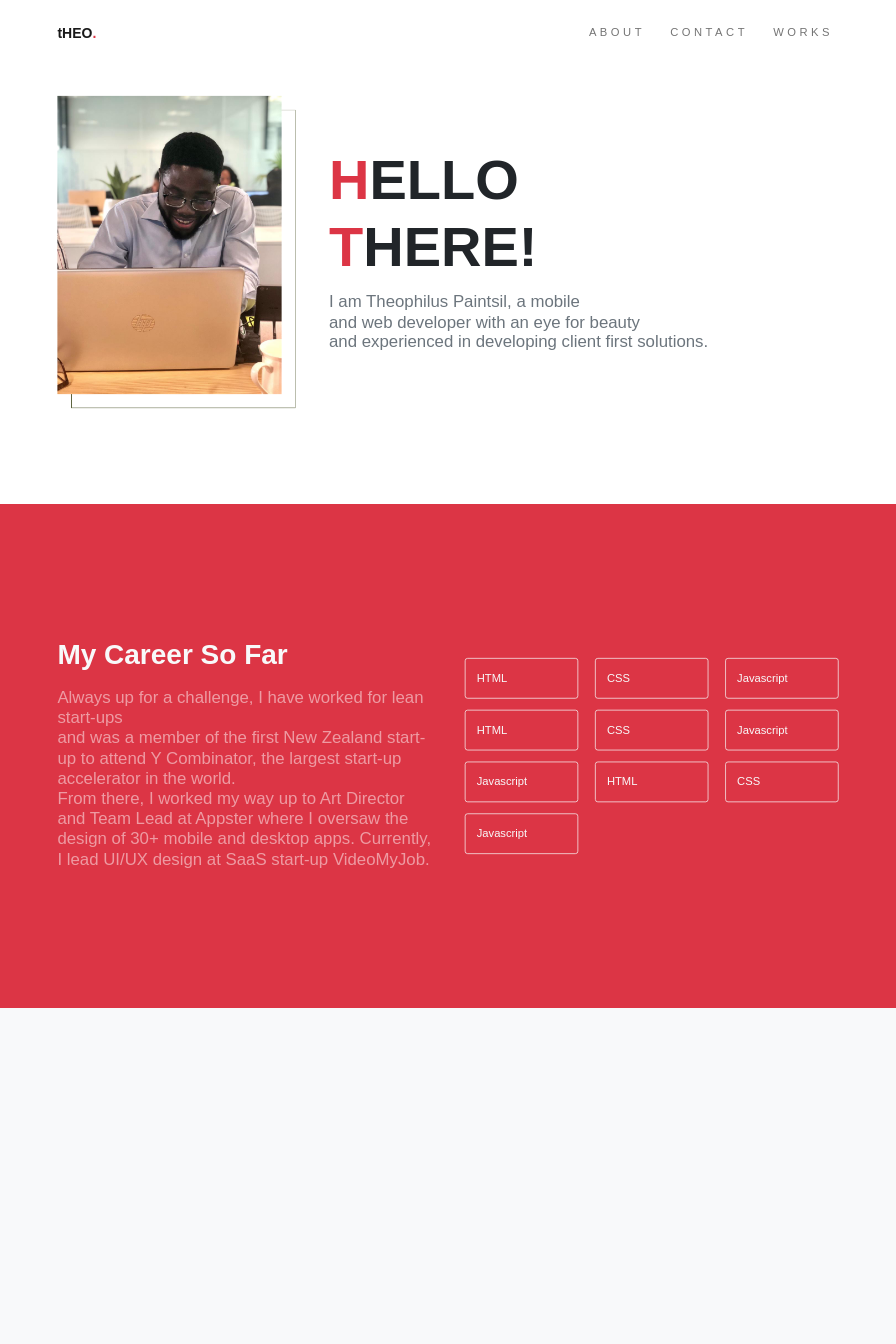
Repository: tHEO2k17/portfolio
Page: /
These files come from the project's save history. The page is drawn as it stood at one moment and after the next save; the edit follows.
The browser window is 1280 px wide. The pictures show the part of the page from y = 0 to 1920 px (the page is 3000 px tall), at 70% of full size.
The project was rebuilt for these pictures with package versions that can differ from the ones it lists, and the page was loaded fresh each time.

Above is the page before, as saved 2021-07-22 11:12:32.

### public/index.html
<!DOCTYPE html>
<html lang="en">
  <head>
    <meta charset="utf-8" />
    <link rel="icon" href="%PUBLIC_URL%/favicon.ico" />
    <meta name="viewport" content="width=device-width, initial-scale=1" />
    <meta name="theme-color" content="#000000" />
    <meta
      name="description"
      content="Web site created using create-react-app"
    />
    <link rel="apple-touch-icon" href="%PUBLIC_URL%/logo192.png" />
    <link rel="manifest" href="%PUBLIC_URL%/manifest.json" />
    <title>Theophilus Paintsil - Portfolio</title>
  </head>
  <body>
    <noscript>You need to enable JavaScript to run this app.</noscript>
    <div id="root"></div>
  </body>
</html>

### src/index.tsx
import React from 'react';
import ReactDOM from 'react-dom';
import './index.scss';
import App from './presentation/App';

ReactDOM.render(
  <React.StrictMode>
    <App />
  </React.StrictMode>,
  document.getElementById('root')
);

### src/index.scss
@import '~bootstrap/scss/bootstrap.scss';

body{
    font-family: Arial, Helvetica, sans-serif;
}
// Navbar
.navbar-light .navbar-nav{
    padding: 1.2rem 0rem;
}

.navbar-light .navbar-nav .nav-link {
   letter-spacing: 5px;
//    font-size: 14px;
}

.navbar-light .navbar-nav .nav-link:not(:last-child) {
    margin-right: 20px;
 }

### src/presentation/App.tsx
import React from 'react';
import { Switch, Route, BrowserRouter as Router, } from 'react-router-dom';
import HomePage from './pages/HomePage';

function App() {
  return (
    <Router>
      <Switch>
        <Route exact path="/" component={HomePage} />
      </Switch>
    </Router>
  );
}

export default App;

### src/presentation/pages/HomePage.tsx
import { Col, Container, Nav, Navbar, Row, Image, Card } from "react-bootstrap";

export default function HomePage() {

    return (
        <>
            <Navbar expand="lg" fixed="top" variant="light">
                <Container>
                    <Navbar.Brand href="#home">
                        <span className="fw-bold">tHEO<b className="text-danger">.</b></span>
                    </Navbar.Brand>
                    <Navbar.Toggle />
                    <Navbar.Collapse>
                        <Nav className="ms-auto">
                            <Nav.Link href="#home">ABOUT</Nav.Link>
                            <Nav.Link href="#home">CONTACT</Nav.Link>
                            <Nav.Link href="#link">WORKS</Nav.Link>
                        </Nav>
                    </Navbar.Collapse>
                </Container>
            </Navbar>

            <header className="min-vh-100">
                <Container>
                    <Row className="align-items-center min-vh-100 my-auto gx-5">
                        <Col md="4"> <Image src="assets/images/theo.png" fluid /> </Col>
                        <Col>
                            <h1 className="display-1 fw-bold">
                                <b className="text-danger">H</b>ELLO <br />
                                <b className="text-danger">T</b>HERE!
                            </h1>
                            <h4 className="fw-light text-muted mt-3">
                                I am Theophilus Paintsil, a mobile <br />
                                and web developer with an eye for beauty <br />
                                and experienced in developing client first solutions.
                            </h4>
                        </Col>
                    </Row>
                </Container>
            </header>

            <section className="bg-danger min-vh-100">
                {/* skills and tools */}
                <Container>
                    <Row className="align-items-center min-vh-100 my-auto gx-5 text-light">
                        <Col>
                            <h1 className="fw-bold">My Career So Far</h1>
                            <h4 className="text-white-50 mt-4">
                                Always up for a challenge, I have worked for lean start-ups<br />
                                and was a member of the first New Zealand start-up to attend Y Combinator,
                                the largest start-up accelerator in the world. <br />
                                From there, I worked my way up to Art Director and Team Lead at Appster where
                                I oversaw the design of 30+ mobile and desktop apps. Currently,
                                I lead UI/UX design at SaaS start-up VideoMyJob.
                            </h4>
                        </Col>
                        <Col>
                            <Row md="3" className="gy-3">
                                <Col>
                                    <Card border="light" bg="danger">
                                        <Card.Body>HTML</Card.Body>
                                    </Card>
                                </Col>
                                <Col>
                                    <Card border="light" bg="danger">
                                        <Card.Body>CSS</Card.Body>
                                    </Card>
                                </Col>
                                <Col>
                                    <Card border="light" bg="danger">
                                        <Card.Body>Javascript</Card.Body>
                                    </Card>
                                </Col>
                                <Col>
                                    <Card border="light" bg="danger">
                                        <Card.Body>HTML</Card.Body>
                                    </Card>
                                </Col>
                                <Col>
                                    <Card border="light" bg="danger">
                                        <Card.Body>CSS</Card.Body>
                                    </Card>
                                </Col>
                                <Col>
                                    <Card border="light" bg="danger">
                                        <Card.Body>Javascript</Card.Body>
                                    </Card>
                                </Col>
                                <Col>
                                    <Card border="light" bg="danger">
                                        <Card.Body>Javascript</Card.Body>
                                    </Card>
                                </Col>
                                <Col>
                                    <Card border="light" bg="danger">
                                        <Card.Body>HTML</Card.Body>
                                    </Card>
                                </Col>
                                <Col>
                                    <Card border="light" bg="danger">
                                        <Card.Body>CSS</Card.Body>
                                    </Card>
                                </Col>
                                <Col>
                                    <Card border="light" bg="danger">
                                        <Card.Body>Javascript</Card.Body>
                                    </Card>
                                </Col>
                            </Row>
                        </Col>
                    </Row>
                </Container>
            </section>

            <section className="bg-light min-vh-100">
                {/* employment history */}
            </section>

            <section className="bg-light min-vh-100">
                {/* work gallery */}
            </section>

            <footer className="bg-dark text-white">
                <Container className="py-5">
                    <Row>
                        <Col>&copy; {new Date().getFullYear()} Theophilus Paintsil. All rights reserved </Col>
                    </Row>
                </Container>
            </footer>

        </>
    );
}

After the next save:
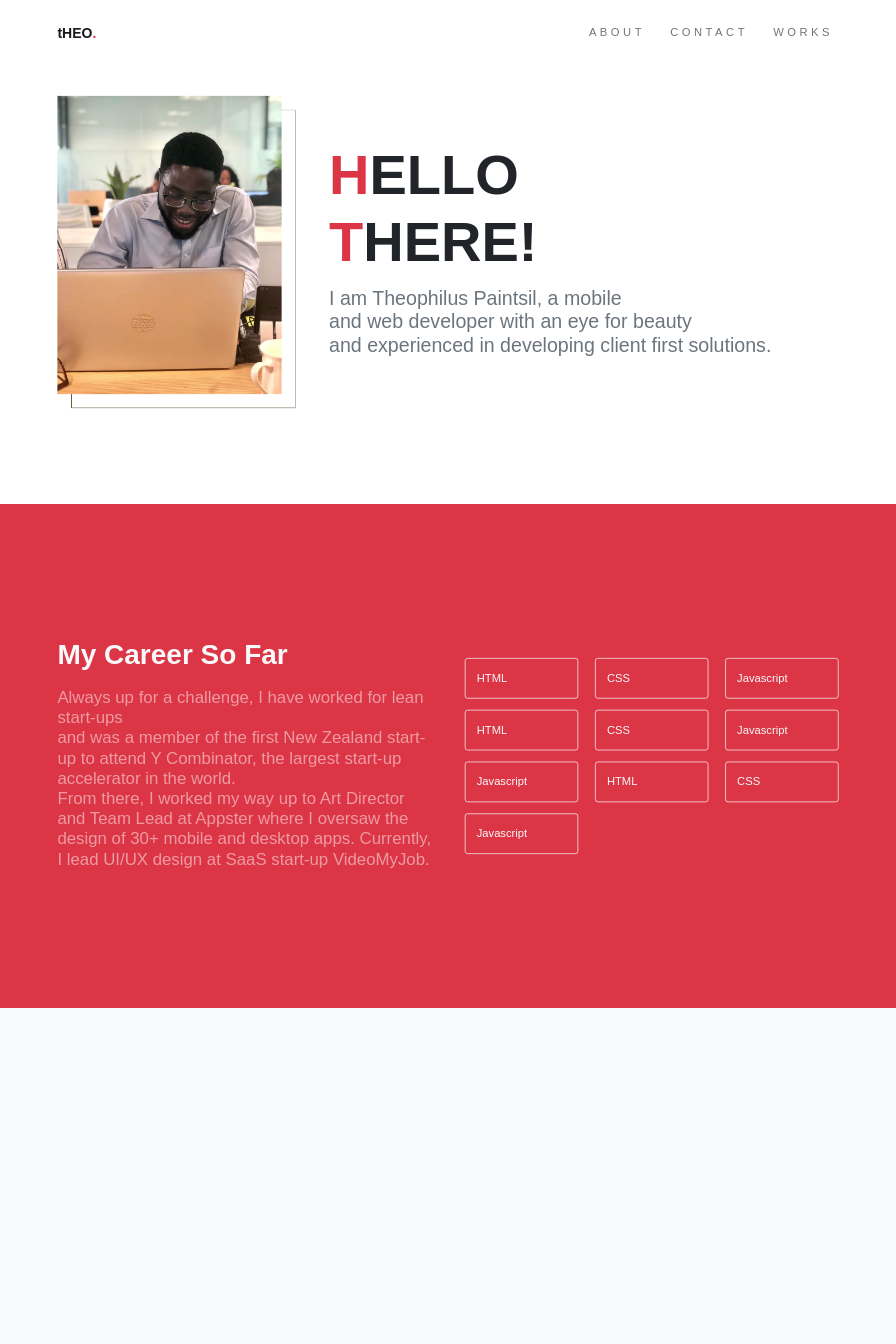
Saved 35 s later.
--- a/src/presentation/pages/HomePage.tsx
+++ b/src/presentation/pages/HomePage.tsx
@@ -29,11 +29,11 @@ export default function HomePage() {
                                 <b className="text-danger">H</b>ELLO <br />
                                 <b className="text-danger">T</b>HERE!
                             </h1>
-                            <h4 className="fw-light text-muted mt-3">
+                            <h3 className="fw-light text-muted mt-3">
                                 I am Theophilus Paintsil, a mobile <br />
                                 and web developer with an eye for beauty <br />
                                 and experienced in developing client first solutions.
-                            </h4>
+                            </h3>
                         </Col>
                     </Row>
                 </Container>
